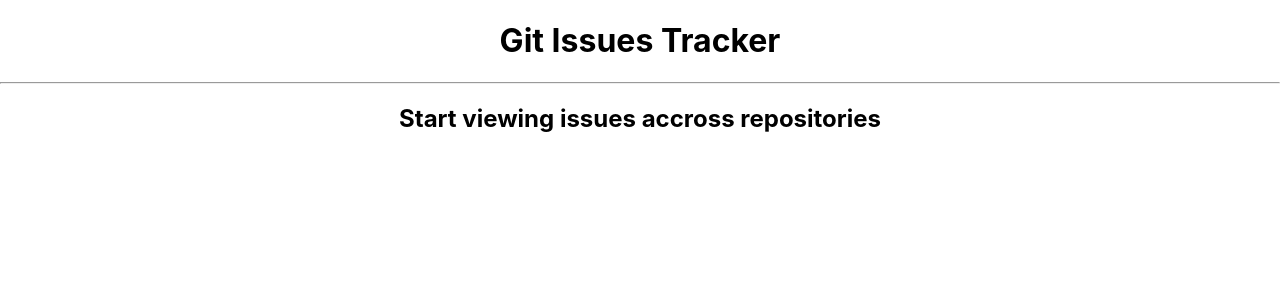
Repository: duzzisantos/github-repos-react-graphql
Page: /repositories
An editor plug-in stored every save of this project. The page is shown before and after the next save, followed by the edit.
The browser window is 1280 px wide. The pictures show the whole page.
The project was rebuilt for these pictures with package versions that can differ from the ones it lists, and the page was loaded fresh each time. Also part of the build but not shown: src/components/Form.tsx, src/pages/StartPage.tsx, src/pages/ViewRepository.tsx.

Above is the page before, as saved 2024-06-16 22:25:24.

After the next save:
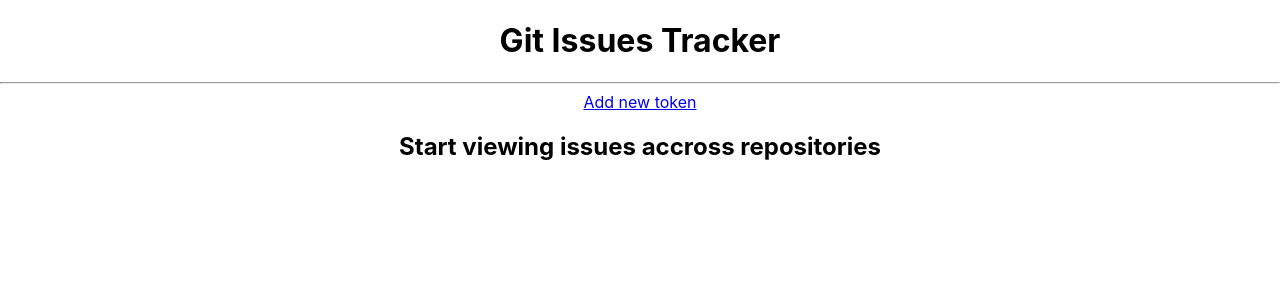
Saved 69 s later.
--- a/src/components/BreadCrumbs.tsx
+++ b/src/components/BreadCrumbs.tsx
@@ -8,7 +8,7 @@ interface BreadCrumbProps {
 const BreadCrumbs = ({ currentLocation }: BreadCrumbProps) => {
   return (
     <div className="bread-crumbs">
-      {currentLocation === "/" ? null : currentLocation === "repositories" ? (
+      {currentLocation === "/" ? null : currentLocation === "/repositories" ? (
         <Link to={`/}`}>Add new token</Link>
       ) : currentLocation === "/owner/repositoryName" ? (
         <React.Fragment>
